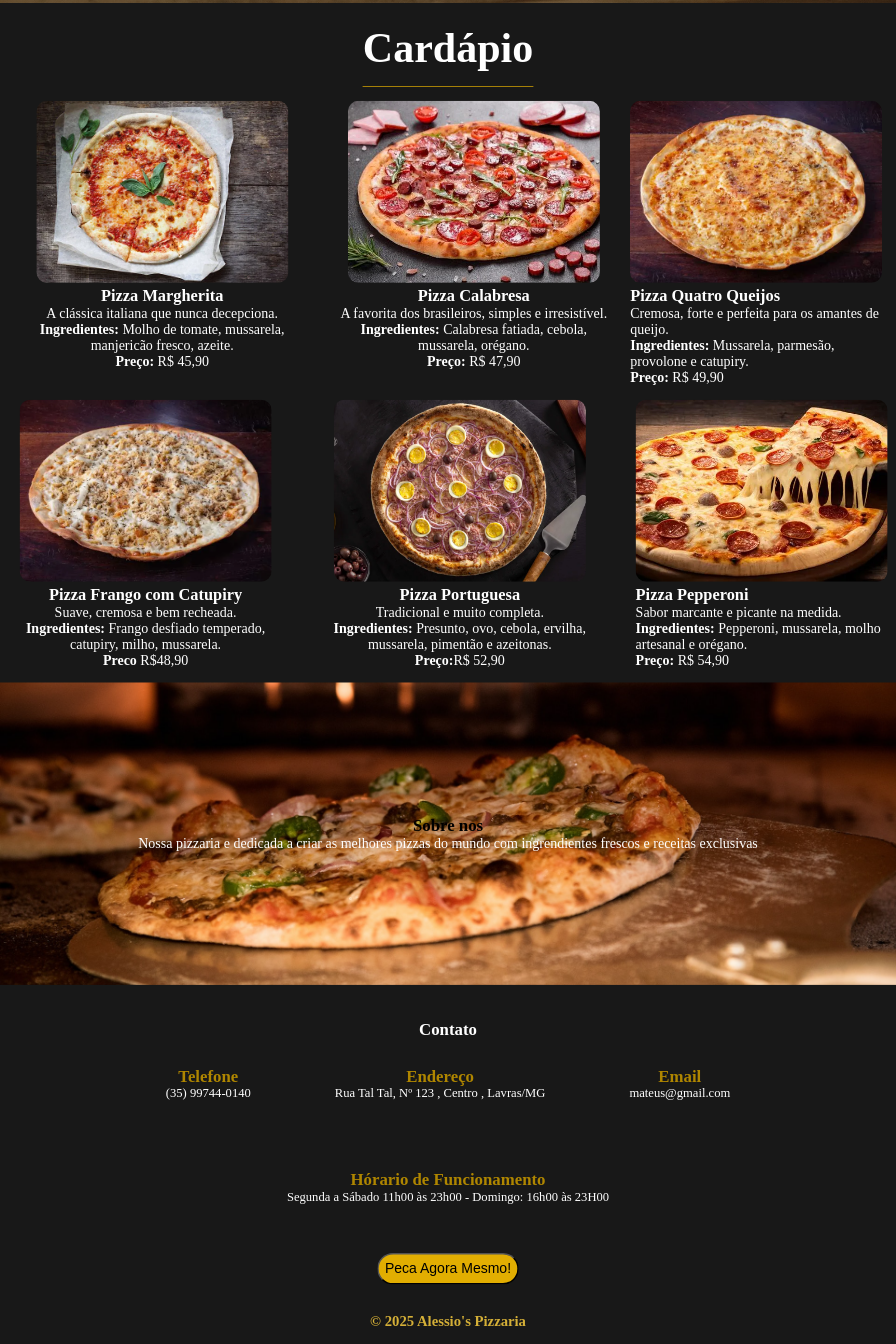
Repository: Mateushlp/landing-page-pizza
Page: index.html
An editor plug-in stored every save of this project. The page is shown before and after the next save, followed by the edit.
The browser window is 1280 px wide. The pictures show the part of the page from y = 980 to 2900 px (the page is 2900 px tall), at 70% of full size.

Above is the page before, as saved 2026-05-03 11:32:24.

### index.html
<!DOCTYPE html>
<html lang="en">
<head>
    <meta charset="UTF-8">
    <meta name="viewport" content="width=device-width, initial-scale=1.0">
    <link rel="stylesheet" href="style.css">
    <title>Document</title>
</head>
<body>
    <header>
        <nav>
            <ul>
                <li> <a href="http://"> Home</li></a>
                <li> <a href="http://">Cardapio</li></a>
                <li> <a href="http://">Sobre Nos</li></a>
                <li> <a href="http://">Contato</li></a>
            </ul>
        </nav>
    </header>

    <section class="inicio">
        <div class="texto">
        <h1>Bem vindo à Alessio's</h1>
        <p>Saborosas pizzas feitas </p>
        <button class="btn1">Ver Cardapio</button>
        </div>
    </section>

    <section class="cardapio">
        <h2 class="cardapio1">Cardápio</h2>
    </section>

    <div class="prato">
        <div class="pratos1">
            <img src="./img/margherita-pizza.jpg" alt="">
            <h3>Pizza Margherita</h3>
            <p> A clássica italiana que nunca decepciona. <br>
          <strong>Ingredientes:</strong>  Molho de tomate, mussarela, manjericão fresco, azeite. <br>
        <strong>Preço:</strong> R$ 45,90
    </p>
        </div>
            <div class="pratos2">
                <img src="./img/3140217-pizza-calabresa.jpg" alt="">
                <h3>Pizza Calabresa</h3>
                <p>A favorita dos brasileiros, simples e irresistível. <br>
                <strong>Ingredientes:</strong> Calabresa fatiada, cebola, mussarela, orégano. <br>
                    <strong>Preço:</strong> R$ 47,90
            </p>
            </div>
                <div class="pratos3">
                    <img src="./img/Quatro-Queijos.jpg" alt="">
                    <h3>Pizza Quatro Queijos</h3>
                    <p>Cremosa, forte e perfeita para os amantes de queijo. <br>
                    <strong>Ingredientes:</strong>  Mussarela, parmesão, provolone e catupiry. <br>
                        <strong>Preço: </strong>R$ 49,90
                </p>
                </div>
                </div>

                <div class="prato2">
                <div class="pratos1">
                    <img src="./img/Frango-com-Catupiry-2.jpg" alt="">
                    <h3>Pizza Frango com Catupiry</h3>
                    <p>Suave, cremosa e bem recheada. <br>
                   <strong>Ingredientes:</strong> Frango desfiado temperado, catupiry, milho, mussarela. <br>
                   <strong>Preco </strong> R$48,90
                </p>
                </div>
                <div class="pratos2">
                    <img src="./img/pizza-portuguesa.jpg" alt="">
                    <h3>Pizza Portuguesa</h3>
                    <p>Tradicional e muito completa. <br>
                   <strong>Ingredientes:</strong>  Presunto, ovo, cebola, ervilha, mussarela, pimentão e azeitonas. <br>
                    <strong>Preço:</strong>R$ 52,90
                </p>
                </div>
                <div class="pratos3">
                    <img src="./img/the-pepperoni-pizza-and-a-piece-of-streched-cheese-pizza-with-ai-generated-free-photo.jpg" alt="">
                    <h3>Pizza Pepperoni</h3>
                    <p>Sabor marcante e picante na medida. <br>
                  <strong>Ingredientes:</strong>   Pepperoni, mussarela, molho artesanal e orégano. <br>
                <strong>Preço:</strong> R$ 54,90</p>

                </div>
                </div>
                </div>




    <section class="sobre">
        <div class="sobre1">
        <h2>Sobre nos</h2>
        <p>Nossa pizzaria e dedicada a criar as melhores pizzas do mundo com ingrendientes frescos e receitas exclusivas</p>
    </div>
    </section>

<section id="contato" class="contato">
    <h2>Contato</h2>

    <div class="contato-info">
        <div class="box">
            <h3>Telefone</h3>
            <p>(35) 99744-0140</p>
        </div>

        <div class="box">
            <h3>Endereço</h3>
            <p>Rua Tal Tal, Nº 123 , Centro , Lavras/MG</p>
        </div>

        <div class="box">
            <h3>Email</h3>
            <p>mateus@gmail.com</p>
        </div>
            <div class="box">
                <h3>Hórario de Funcionamento</h3>
                <p>Segunda a Sábado 11h00 às 23h00 - Domingo: 16h00 às 23H00</p>
            </div>
    </div>
</section>
        <div class="pedir">
        <button class="btn2">Peca Agora Mesmo!</button>
        </div>


    <footer>
        <h2>&copy; 2025 Alessio's Pizzaria</h2>
    </footer>

</body>
</html>

### style.css
*{
    margin:0;
    padding: 0;
    box-sizing: border-box;
}
body{
    background-color: #181818;

}

nav ul {
    display: flex;
    gap: 25px;
    list-style: none;
    justify-content: center;
    font-size: 25px;
    padding: 10px;
     background: linear-gradient(to bottom, rgb(00, 0, 0), rgba(0,0,0,0.9));
}

nav ul a{
    text-decoration: none;
    color: #fff;
    margin-top: 10px;
}

nav ul a:hover{
    border-radius: 20px;
    background-color: #00000;
    color: #af8600;
}

.inicio{
     background:
        linear-gradient(rgba(0,0,0,0.5), rgba(0,0,0,0.5)),
        url(./img/background-meio.jpg);
    background-size: cover;
    background-position: center;
    height: 130vh;
}

.texto{
    display: flex;
    flex-direction: column;
    align-items: center;
    color: #fff;
    padding-top: 7%;
    padding-left: 6%;
    font-size: 40px;
}
.texto p{
    font-family: 'Lucida Sans', 'Lucida Sans Regular', 'Lucida Grande', 'Lucida Sans Unicode', Geneva, Verdana, sans-serif;
    font-size: 30px;

}
.btn1{
 background-color: #e2ae01;
 border-radius: 20px;
 font-size: 20px;
 margin-top: 30px;
 padding: 9px;
 cursor:pointer;
}
.btn1:hover{
background-color:#181818;
color: #e2ae01;
}
.cardapio{
    text-align: center;
    padding: 10px;
    font-size: 40px;
    color:#fff;
}
.cardapio1{
    display: inline-block;
    border-bottom: 1px solid #e2ae01;
    padding-top: 20px;
    padding-bottom:20px
}
.prato{
    margin: 10px;
    display: flex;
    gap: 30px;
    font-size: 20px;
    margin-bottom: 20px;
    color:#fff;
}

.prato2{
    margin: 10px;
    display: flex;
    gap: 30px;
    font-size: 20px;
    margin-bottom: 20px;
    color:#fff;
}


.prato img,
.prato2 img {
    width: 50vh;
    height: 260px;
    object-fit: cover;
    border-radius: 15px;

}
.pratos1,
.pratos2 {
    border-radius:20px
    width: 35%;
    text-align: center;
}

.sobre{
    background-image: url(./img/background.jpg);
    background-size: cover;
    background-position: center;
    height: 60vh; /* AUMENTE a altura */
    display: flex;
    flex-direction: column;
    justify-content: center; /* deixa no meio certinho */
    align-items: center;
    text-align: center;
}
}
.sobre1{
    display: flex;
    align-items: center;
    padding-top: 40px;
    font-size: 30px;
    flex-direction: column;
    color: #fff;
}
.sobre1 p{
    font-size: 20px;
    color:#fff;
}

.contato {
    padding: 50px 0;
    text-align: center;
    color:#fff;
}

.contato-info {
    display: flex;
    justify-content: center;
    gap: 60px;
    margin-top: 20px;
    flex-wrap: wrap;
    color:#fff;
}

.contato-info .box {

    padding: 20px 30px;
    border-radius: 15px;
    color:#fff;

}

.contato-info h3 {
    font-size: 24px;
    color: #af8600;

}

.contato-info p {
    font-size: 18px;
    color:#fff;
}

.pedir{
    display: flex;
    justify-content: center;
    align-items: center;
    text-align: center;
}
.btn2{
     background-color: #e2ae01;
 border-radius: 30px;
 font-size: 20px;
 margin-bottom: 20px;
 padding: 9px;
 cursor:pointer;

}
footer{
      background-color: #181818;
      color: #d4af37;
  text-align: center;
  padding: 20px;
  font-size: 14px;
}

After the next save:
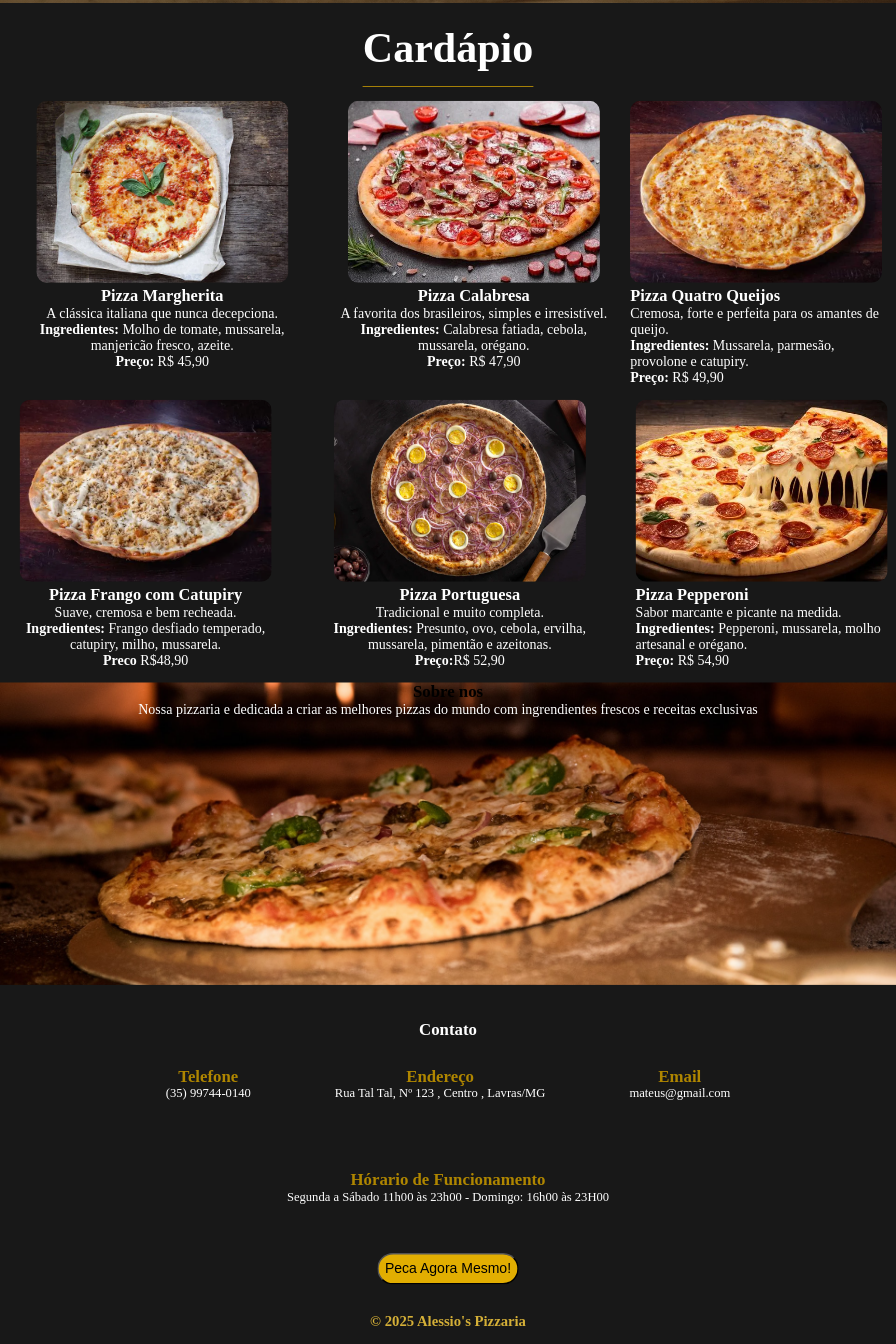
Saved 9 s later.
--- a/style.css
+++ b/style.css
@@ -115,7 +115,7 @@ color: #e2ae01;
     background-image: url(./img/background.jpg);
     background-size: cover;
     background-position: center;
-    height: 60vh; /* AUMENTE a altura */
+    height: 60vh;/
     display: flex;
     flex-direction: column;
     justify-content: center; /* deixa no meio certinho */
